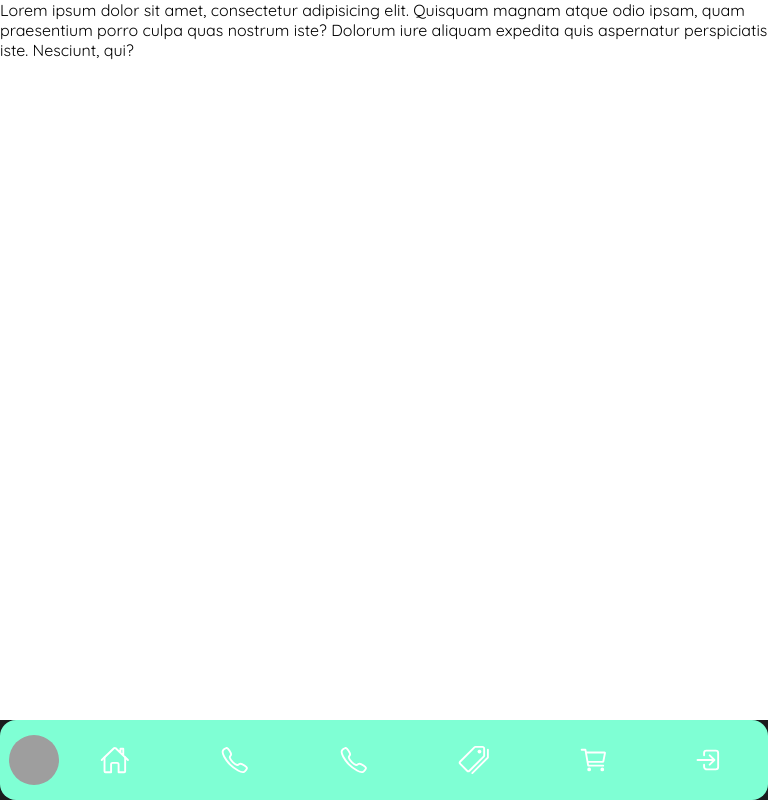
Repository: Fuocmanh/demo
Page: site/nav.html
An editor plug-in stored every save of this project. The page is shown before and after the next save, followed by the edit.
The browser window is 768 px wide. The pictures show the whole page.
Pictures or frames that could not be fetched are drawn as grey boxes.

Above is the page before, as saved 2022-12-30 13:26:33.

### site/nav.html
<!DOCTYPE html>
<html lang="en">

<head>
    <meta charset="UTF-8">
    <meta name="viewport" content="width=device-width, initial-scale=1" />
    <link rel="stylesheet" href="../css/style.css">
    <script type="module" src="https://unpkg.com/ionicons@5.5.2/dist/ionicons/ionicons.esm.js"></script>
    <script nomodule src="https://unpkg.com/ionicons@5.5.2/dist/ionicons/ionicons.js"></script>
</head>

<body >
    <section id="sidebar">
        <div class="sidebar">
            <a href="#" class="logo">
                <img src="https://i.pinimg.com/550x/dd/6d/22/dd6d2277032c5f365dd3149d45b3a820.jpg" alt="" class="logo-image" />
            </a>
            <nav>
                <ul class="menu">
                    <li class="menu-item">
                        <a href="#" class="menu-link">
                            <ion-icon name="home-outline"></ion-icon>
                            <span>Trang chủ</span>
                        </a>
                    </li>
                    <li class="menu-item">
                        <a href="#" class="menu-link">
                            <ion-icon name="call-outline"></ion-icon>
                            <span>Liên hệ</span>
                        </a>
                    </li>
                    <li class="menu-item">
                        <a href="#" class="menu-link">
                            <ion-icon name="call-outline"></ion-icon>
                            <span>Giới thiệu</span>

                        </a>
                    </li>
                    <li class="menu-item">
                        <a href="#" class="menu-link">
                            <ion-icon name="pricetags-outline"></ion-icon>
                            <span>Sản phẩm</span>
                        </a>
                    </li>
                    <li class="menu-item">
                        <a href="#" class="menu-link">
                            <ion-icon name="cart-outline"></ion-icon>
                            <span>Giỏ hàng</span>
                        </a>
                    </li>
                    <li class="menu-item" style="margin: -5px;">
                        <a href="#" class="menu-link">
                            <ion-icon name="log-in-outline"></ion-icon>
                            <span>Đăng xuất</span>
                        </a>
                    </li>
                </ul>
            </nav>

            <!-- <div class="">
                <a href="#!"><ion-icon name="log-in-outline"></ion-icon></a>
            </div> -->
        </div>
    </section>
    <section>
        <p>Lorem ipsum dolor sit amet, consectetur adipisicing elit. Quisquam magnam atque odio ipsam, quam praesentium porro culpa quas nostrum iste? Dolorum iure aliquam expedita quis aspernatur perspiciatis iste. Nesciunt, qui?</p>
    </section>
    <script src="../js/style.js"></script>
</body>

</html>

### css/style.css
@import url('https://fonts.googleapis.com/css2?family=Quicksand:wght@300;400;500;600;700&display=swap');

html {
    font-family: 'Quicksand', sans-serif;
}

* {
    /* font-size: 18px; */
    width: 100%;
    margin: 0px;
    padding: 0px;
    box-sizing: border-box;
}

body {
    width: 100%;
    display: flex;
    gap: 5px;
}

#sidebar {
    height: 100%;
    width: max-content;
    /* background-color: aqua; */
    margin-left: 5px;
    margin-top: 5%;
}

.sidebar {
    background-color: #1A1C1E;
    width: 80px;
    height: 100%;
    padding: 40px 5px;
    border-radius: 16px;
    transition: 0.5s;
    /* transform: translate(0px,20%);    */

}



ion-icon {
    font-size: 30px;
    color: #FFFFFF;
}

.sidebar:not(:hover) .logo-image {
    transform: translate(-16px, -7px);
}

.logo {
    width: 100%;
    height: 50px;
}

.logo-image {
    transform: translateY(-8px);
    margin: 0 40%;
    width: 50px;
    height: 50px;
    border-radius: 50%;
}

.sidebar:hover {
    width: 200px;
}

.sidebar:not(:hover) .menu-link span {
    display: none;
}

li {
    width: 100%;
    display: flex;
    align-items: center;
    justify-content: center;
    margin-bottom: 25px;
}

.menu-link {
    width: 100%;
    display: flex;
    color: #FFFFFF;
    list-style: none;
    text-decoration: none;
    padding: 10px;
    border-radius: 9% 91% 91% 9% / 52% 48% 52% 48%;
}

.menu-link:hover {
    border-radius: 9% 91% 91% 9% / 52% 48% 52% 48%;
    background-color: rgba(0, 0, 0, .5);
}

.menu-link span {
    transform: translate(-25px, 5px);
}

@media screen and (max-width:768px) {

    #sidebar {
        position: absolute;
        bottom: 0;
        margin: 0;
        height: max-content;
        width: 100%;
        background-color: #1A1C1E;
    }

    .sidebar {
        display: flex;
        flex-direction: row;
        align-items: center;
        justify-content: center ;
        background-color: aquamarine;
        width: 100%;
        height: 80px;
        /* padding: 0; */
    }
    .menu{
        display: flex;
        align-items: center !important;
        justify-content: center !important;
        flex-direction: row;
    }
    .sidebar:hover {
        width: 100%;
        /* height: max-content; */
    }

    .sidebar .menu-link span {
        display: none;
    }

    .sidebar:hover .logo-image {
        transform: translate(-16px, -7px);

    }
    .menu-link span,.logo-image {
        transform: translate(0px);
    }
    li{
        margin: 0;
    }
 .logo{
    transform: translateY(7px);
    width: max-content;
 }
 .logo-image{

 }
}

### js/style.js
var nav = document.getElementById('nav');
function hideShowNav(){
    display=nav.style.display ;
    display=='none'?nav.style.display ='block':nav.style.display ='none';
    // nav.style.opacity='1';
}
// function onchane(){
//     let width = document.getElementsByClassName('.box').style.width='50%';
// console.log(width);
// }

After the next save:
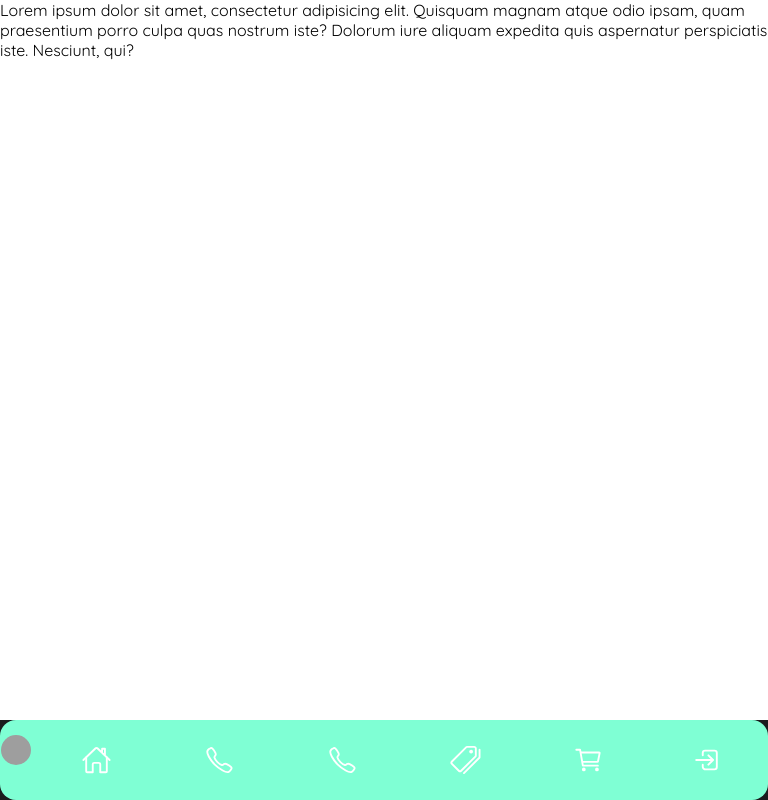
Saved 4 s later.
--- a/css/style.css
+++ b/css/style.css
@@ -147,6 +147,7 @@ li {
     width: max-content;
  }
  .logo-image{
-
+    width: 30px;
+    height: 30px;
  }
 }
